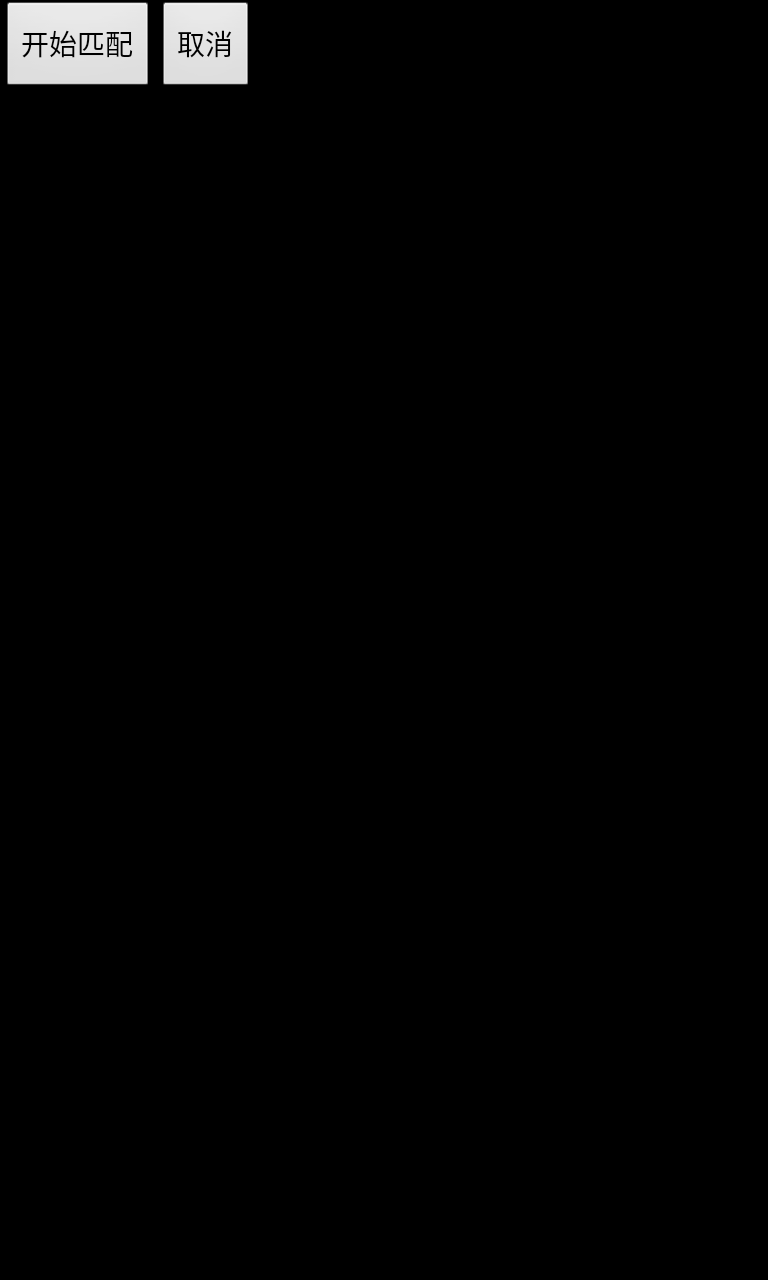
Repository: Qiuyongjie/Android--
Layout: YouMe/res/layout/activity_fast_pair.xml
These files come from the project's save history. The layout is drawn as it stood at one moment and after the next save; the edit follows.
It is drawn on a 768 x 1280 px phone screen (xhdpi) without system bars, with theme android:Theme.NoTitleBar.Fullscreen; the app's code is not run.

Above is the layout before, as saved 2015-07-26 11:49:37.

After the next save:
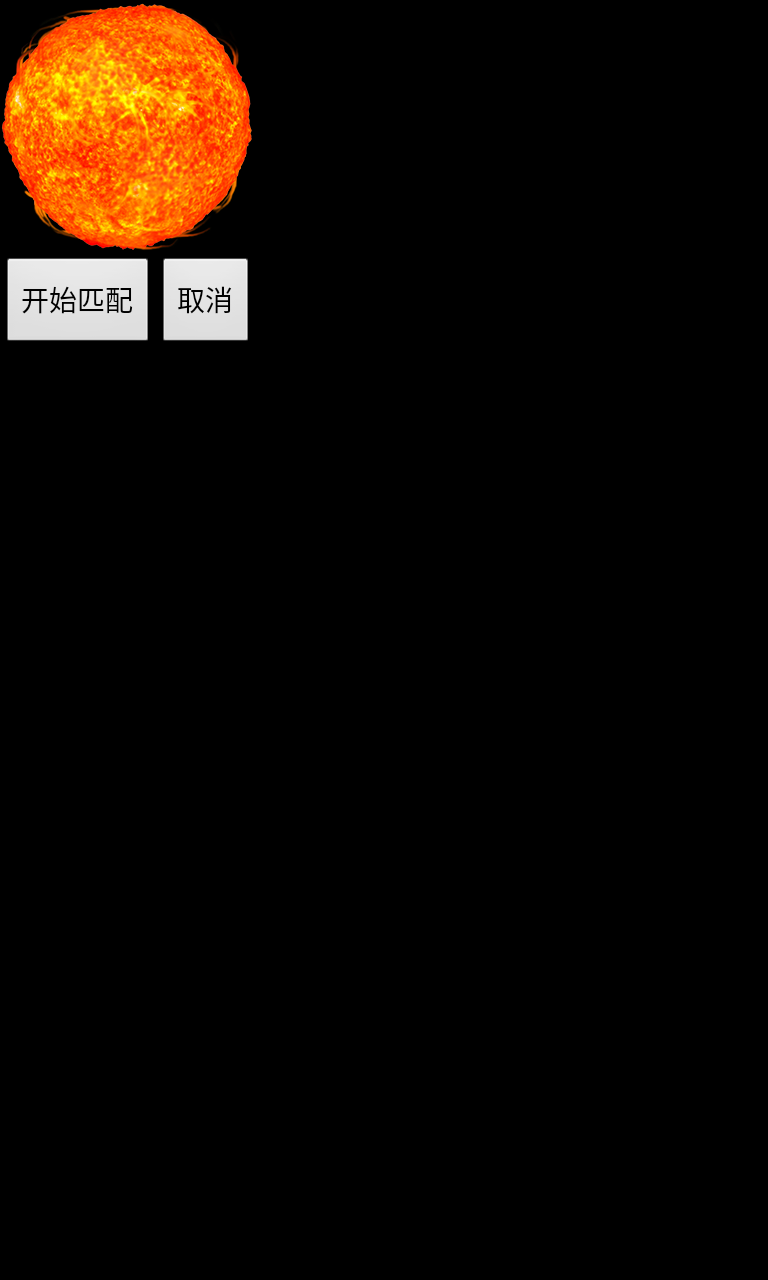
Saved 61 s later.
--- a/YouMe/res/layout/activity_fast_pair.xml
+++ b/YouMe/res/layout/activity_fast_pair.xml
@@ -1,23 +1,25 @@
- <LinearLayout
-        xmlns:android="http://schemas.android.com/apk/res/android"
-       xmlns:tools="http://schemas.android.com/tools"
-       android:layout_width="match_parent"
-      android:layout_height="match_parent"
-       tools:context=".FastPairActivity"
-        android:layout_alignParentRight="true"
-        android:layout_centerVertical="true"
-        android:layout_marginRight="118dp"
-        android:orientation="vertical" >
+<LinearLayout xmlns:android="http://schemas.android.com/apk/res/android"
+    xmlns:tools="http://schemas.android.com/tools"
+    android:layout_width="match_parent"
+    android:layout_height="match_parent"
+    android:layout_alignParentRight="true"
+    android:layout_centerVertical="true"
+    android:layout_marginRight="118dp"
+    android:orientation="vertical"
+    tools:context=".FastPairActivity" >
 
-        <ImageView
-            android:id="@+id/ani_fastPair"
-            android:layout_width="wrap_content"
-            android:layout_height="wrap_content" />
-       <LinearLayout
-             android:layout_width="match_parent"
-      android:layout_height="match_parent"
-        android:orientation="horizontal"
-           >
+    <ImageView
+        android:id="@+id/ani_fastPair"
+        android:layout_width="wrap_content"
+        android:layout_height="wrap_content"
+        android:src="@drawable/login_logo"
+        />
+
+    <LinearLayout
+        android:layout_width="match_parent"
+        android:layout_height="match_parent"
+        android:orientation="horizontal" >
+
         <Button
             android:id="@+id/btn_start"
             android:layout_width="wrap_content"
@@ -29,5 +31,6 @@
             android:layout_width="wrap_content"
             android:layout_height="wrap_content"
             android:text="取消" />
-		</LinearLayout>
- </LinearLayout>
+    </LinearLayout>
+
+</LinearLayout>
